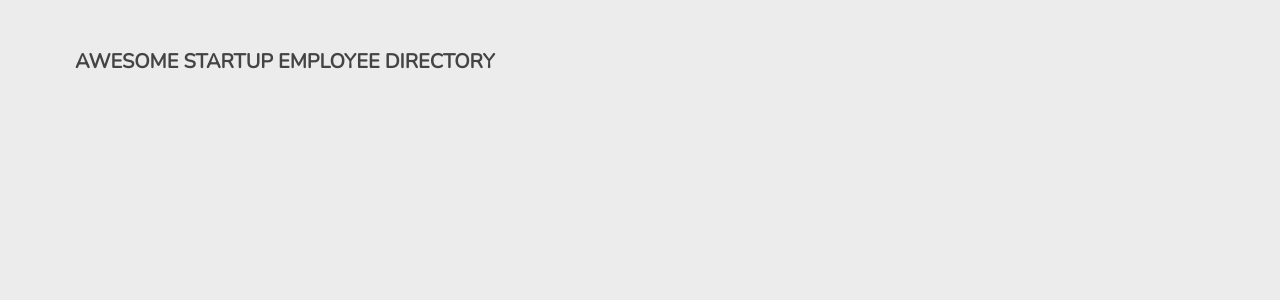
Repository: Lettisu/Unit-Five
Page: index.html
The author's editor kept a copy of each file at every save. The page is drawn from the files as they stood at one save, then again after the next save.
The browser window is 1280 px wide. The pictures show the whole page.
The page's requests for data from a server got no answer.

Above is the page before, as saved 2019-07-17 15:27:30.
Console error: SyntaxError: Unexpected token '}'

### index.html
<!DOCTYPE html>
<html lang="en-US">

<head>
    <title>Public API Requests</title>
    <meta charset="UTF-8">
    <meta name="viewport" content="width=device-width, initial-scale=1, shrink-to-fit=no">
    <link href="css/normalize.css" rel="stylesheet">
    <link href="css/styles.css" rel="stylesheet">
</head>

<body>

    <!-- =======================
            Gallery container
        ======================== -->
    <header>
        <div class="header-inner-container">
            <div class="header-text-container">
                <h1>AWESOME STARTUP EMPLOYEE DIRECTORY</h1>
            </div>

            <div class="search-container">
                <!-- ======================
                        Search markup:

                        You can use the commented out markup below as a template
                        for your search feature, but you must use JS to create and
                        append it to `search-container` div.

                        IMPORTANT: Altering the arrangememnt of the markup and the
                        attributes used may break the styles or functionality.

                        <form action="#" method="get">
                            <input type="search" id="search-input" class="search-input" placeholder="Search...">
                            <input type="submit" value="&#x1F50D;" id="serach-submit" class="search-submit">
                        </form>
                    ======================= -->
            </div>
        </div>
    </header>

    <div id="gallery" class="gallery">
        <!-- ======================
                Gallery markup:

                You can use the commented out markup below as a template
                for each of your Gallery items, but you must use JS to
                create and append them to the `gallery` div.

                IMPORTANT: Altering the arrangememnt of the markup and the
                attributes used may break the styles or functionality.

<div class="card">
<div class="card-img-container">
    <img class="card-img" src="https://placehold.it/90x90" alt="profile picture">
</div>
<div class="card-info-container">
    <h3 id="name" class="card-name cap">first last</h3>
    <p class="card-text">email</p>
    <p class="card-text cap">city, state</p>
</div>
                </div>
            ======================= -->
    </div>

    <!-- =======================
            Modal markup:

            You can use the commented out markup below as a template
            for your modal, but you must use JS to create and append
            it to `body`.

            IMPORTANT: Altering the arrangememnt of the markup and the
            attributes used may break the styles or functionality.

            <div class="modal-container">
                <div class="modal">
                    <button type="button" id="modal-close-btn" class="modal-close-btn"><strong>X</strong></button>
                    <div class="modal-info-container">
                        <img class="modal-img" src="https://placehold.it/125x125" alt="profile picture">
                        <h3 id="name" class="modal-name cap">name</h3>
                        <p class="modal-text">email</p>
                        <p class="modal-text cap">city</p>
                        <hr>
                        <p class="modal-text">(555) 555-5555</p>
                        <p class="modal-text">123 Portland Ave., Portland, OR 97204</p>
                        <p class="modal-text">Birthday: 10/21/2015</p>
                    </div>
                </div>

                // IMPORTANT: Below is only for exceeds tasks
                <div class="modal-btn-container">
                    <button type="button" id="modal-prev" class="modal-prev btn">Prev</button>
                    <button type="button" id="modal-next" class="modal-next btn">Next</button>
                </div>
            </div>
        ======================== -->

    <!-- Add your JS here -->
    <script src="https://code.jquery.com/jquery-3.4.1.min.js"
        integrity="sha256-CSXorXvZcTkaix6Yvo6HppcZGetbYMGWSFlBw8HfCJo=" crossorigin="anonymous"></script>
    <script src="js/scripts.js"></script>
</body>

</html>

### css/styles.css
/* =====================================
   Public API Request
======================================== */

@import url('https://fonts.googleapis.com/css?family=Nunito');

* {
	box-sizing: border-box;
}

html, body {
    width: 100%;
    max-width: 100%;
}

body {
    font-family: "Nunito", sans-serif;
    text-align: center;
    background: rgba(235, 235, 235, 0.9);
}

header {
    padding: 15px 5px 5px;
}

.header-inner-container {
    max-width: 1180px;
    margin: auto;
}

header h1 {
    font-size: 1.25em;
    color: rgba(50, 50, 50, 0.9);
    margin-top: 35px;
}

.search-input {
    padding: 0.4rem 1rem;
    border: 1px solid rgba(200, 200, 200, 0.9);
    border-radius: 0.25rem 0 0 0.25rem ;
    max-width: 20rem;
    transition: .4s ease-out;
    outline: none;
}

.search-input:active, .search-input:hover, .search-input:focus {
    border: 1px solid rgba(50, 50, 50, 0.9);
}

.search-submit {
    cursor: pointer;
    height: 33px;
    background: rgba(245, 245, 245, 0.9);
    border-radius: 0 0.25rem 0.25rem 0;
    border: 1px solid rgba(200, 200, 200, 0.9);
    transition: .4s ease-out;
    outline: none;
}

.search-submit:active, .search-submit:hover, .search-submit:focus {
    background: rgba(255, 255, 255, 0.9);
    border: 1px solid rgba(50, 50, 50, 0.9);
}


/* =====================================
   Gallery
======================================== */

.gallery {
    display: flex;
    flex-direction: row;
    flex-wrap: wrap;
    justify-content: space-evenly;
    width: 100%;
    max-width: 1200px;
    margin: auto;
}

.card {
    display: flex;
    flex-direction: row;
    flex-wrap: nowrap;
    justify-content: flex-start;
    cursor: pointer;
    width: 100%;
    max-width: 360px;
    margin: 10px 10px 20px;
    padding: 10px;
    background: rgba(245, 245, 245, 0.9);
    border-radius: 0.25em;
    border: 1px solid rgba(50, 50, 50, 0.3);
    transition: .4s ease-out;
    overflow: hidden;
}

.card-img {
    width: 95px;
    margin: 10px 15px auto 10px;
    border-radius: 50%;
}

.card-info-container {
    text-align: left;
}

.card-name {
    margin: 20px auto 0;
}

.card-text {
    font-size: 0.9em;
    color: rgba(50, 50, 50, 0.7);
    margin: 7px auto;
    transition: .4s ease-out;
}

.cap {
    text-transform: capitalize;
}


/* =====================================
   Modal
======================================== */

.modal-container {
    position: fixed;
    top: 0;
    right: 0;
    bottom: 0;
    left: 0;
    background: rgba(0, 0, 0, 0.7);
}

.modal {
    position: relative;
    width: 95%;
    max-width: 420px;
    min-height: 415px;
    margin: 10px auto auto;
    padding-bottom: 15px;
    background: rgba(255, 255, 255, 1);
    border-radius: 0.25em;
    border: 1px solid rgba(100, 100, 100, 0.3);
    transition: .4s ease-out;
}

.modal-close-btn {
    position: absolute;
    top: 15px;
    right: 15px;
    cursor: pointer;
    color: rgba(255, 255, 255, 0.9);
    background: rgba(0, 0, 0, 0.8);
    outline: none;
    border-radius: 0.25em;
    border: 1px solid rgba(50, 50, 50, 0.3);
}

.modal-img {
    width: 150px;
    margin-top: 35px;
    border-radius: 50%;
}

.modal-name {
    margin-bottom: 5px;
}

.modal-text {
    color: rgba(50, 50, 50, 0.7);
    margin: 10px;
}

.modal hr {
    width: 75%;
    margin: 25px auto 30px;
    border-color: rgba(200, 200, 200, 0.2);
}

.modal-btn-container {
    display: flex;
    flex-direction: row;
    flex-wrap: nowrap;
    justify-content: space-evenly;
    width: 95%;
    max-width: 420px;
    padding: 10px 15px 15px;;
    margin: 10px auto auto;
    background: rgba(255, 255, 255, 1);
    border-radius: 0.25em;
    border: 1px solid rgba(100, 100, 100, 0.3);
}


.modal-btn-container .btn {
    display: inline-block;
    cursor: pointer;
    font-size: 0.85em;
    text-transform: uppercase;
    color: rgba(255, 255, 255, 0.9);
    padding: 0.75em 1.5em;
    background: rgba(0, 0, 0, 0.8);
    border-radius: 0.35em;
    transition: .4s ease-out;
    outline: none;
  }


/* =====================================
   Media Queries
======================================== */

/* =====================================
   Tablet
======================================== */

@media (min-width: 768px) {
    .header-inner-container {
        display: flex;
        flex-direction: row;
        flex-wrap: nowrap;
        justify-content: space-between;
        padding-right: 25px;
        padding-left: 25px;
    }

    .header-text-container {
        text-align: left;
    }

    .search-container {
        margin-top: 25px;
    }

    .modal {
        margin-top: 100px;
    }
}


/* =====================================
   Desktop
   Hover styles on desktop
======================================== */

@media (min-width: 1024px) {

    .card:hover {
        background: rgba(255, 255, 255, 1);
        border: 1px solid rgba(50, 50, 50, 0.9);
    }

    .card:hover .card-text {
        color: rgba(25, 25, 25, 1);
    }

    .btn:hover {
        background: rgba(255, 255, 255, 1);
        color: rgba(25, 25, 25, 1);
    }
}

### js/scripts.js
$.ajax({
    url: 'https://randomuser.me/api/?results=12',
    dataType: 'json',
    success: function (data) {
        console.log(data);
        jsonData = data.results;
        for (i = 0; i <= json.data.length; i ++)
    }
});

const body = $('body');
const searchCont = $('.search-container');
const gallery = $('#gallery');
const card = $('.card');


const gallCard =

    `<div class="card">
<div class="card-img-container">
    <img class="card-img" src="https://placehold.it/90x90" alt="profile picture">
</div>
<div class="card-info-container">
    <h3 id="name" class="card-name cap">first last</h3>
    <p class="card-text">email</p>
    <p class="card-text cap">city, state</p>
 </div>`

$('#gallery').append(gallCard);

async function fetchData(url) {
    return fetch(url)
        .then(checkStatus)
        .then(response => response.json())
        .then(data => data.results.map(person => person))
        .catch(error => console.log("Looks like there was an error!", error));
}
fetchData('https://randomuser.me/api/?results=12&nat=au,ca,gb,nz,us').then(displayEmployees);

function checkStatus(response) {
    if (response.ok) {
        return Promise.resolve(response);
    } else {
        return Promise.reject(new Error(response.statusText));
    }
}

//function displayEmployees(people) {
//  people.map((person, index) => {

Loaded but not shown: css/normalize.css (library)

After the next save:
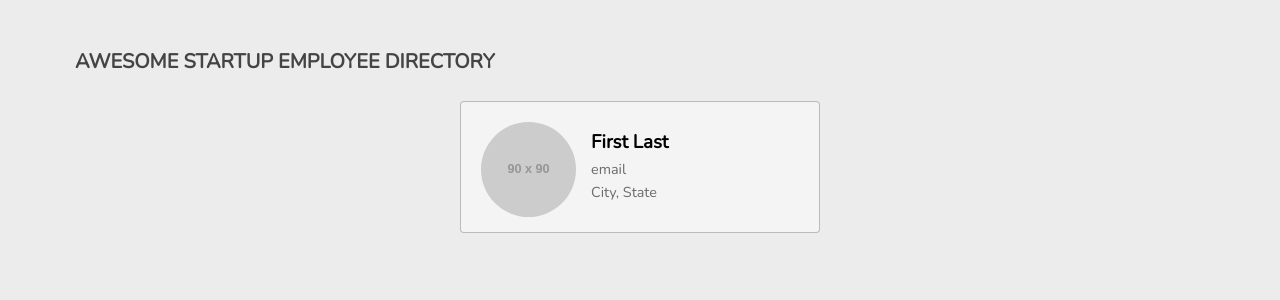
Console error: ReferenceError: displayEmployees is not defined
Saved 4 s later.
--- a/js/scripts.js
+++ b/js/scripts.js
@@ -4,7 +4,7 @@
     success: function (data) {
         console.log(data);
         jsonData = data.results;
-        for (i = 0; i <= json.data.length; i ++)
+        for (i = 0; i <= json.data.length; i++);
     }
 });
 

After the 5 saves that followed:
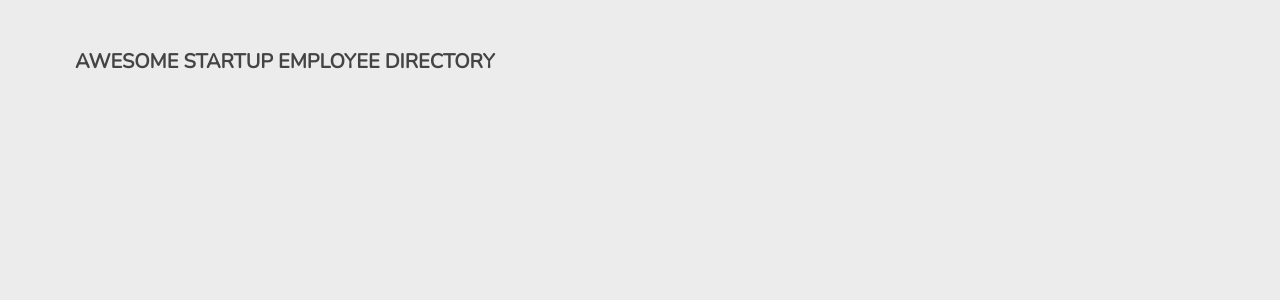
Console error: SyntaxError: Unexpected token 'const'
The 5 saves are shown as one change because 2 left the picture as it was and some came seconds apart.
The last was saved 70 s later.
--- a/js/scripts.js
+++ b/js/scripts.js
@@ -4,9 +4,13 @@
     success: function (data) {
         console.log(data);
         jsonData = data.results;
-        for (i = 0; i <= json.data.length; i++);
+        for (i = 0; i <= json.data.length; i++); {
+
+        }
     }
 });
+
+const
 
 const body = $('body');
 const searchCont = $('.search-container');
